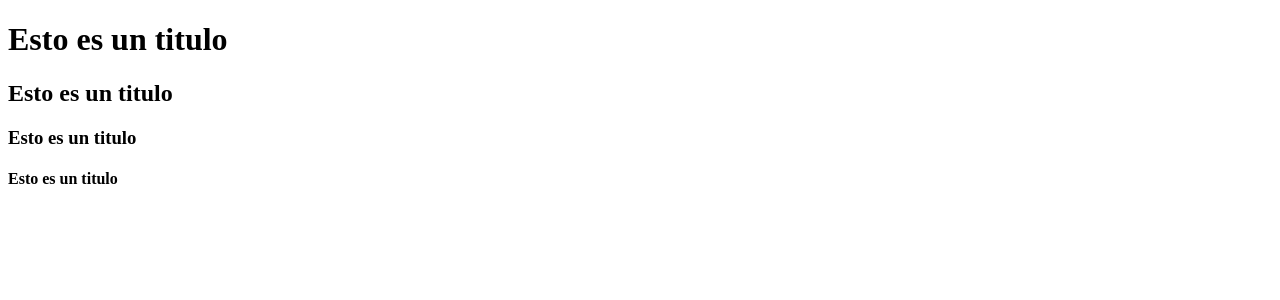
Repository: gazagal/workspace
Page: login-web-app/src/main/webapp/index.html
An editor plug-in stored every save of this project. The page is shown before and after the next save, followed by the edit.
The browser window is 1280 px wide. The pictures show the whole page.

Above is the page before, as saved 2016-06-20 16:15:12.

After the next save:
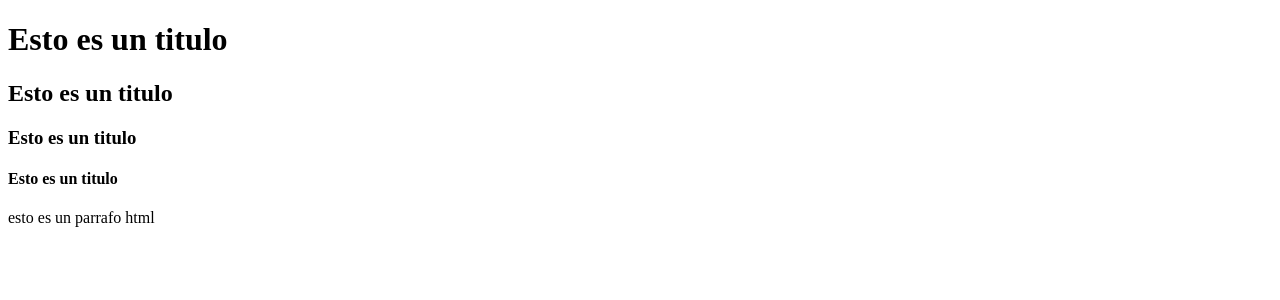
Saved 92 s later.
--- a/login-web-app/src/main/webapp/index.html
+++ b/login-web-app/src/main/webapp/index.html
@@ -9,5 +9,8 @@
 	<h2>Esto es un titulo</h2>
 	<h3>Esto es un titulo</h3>
 	<h4>Esto es un titulo</h4>
+
+	<p>esto es un parrafo html</p>
+
 </body>
 </html>
